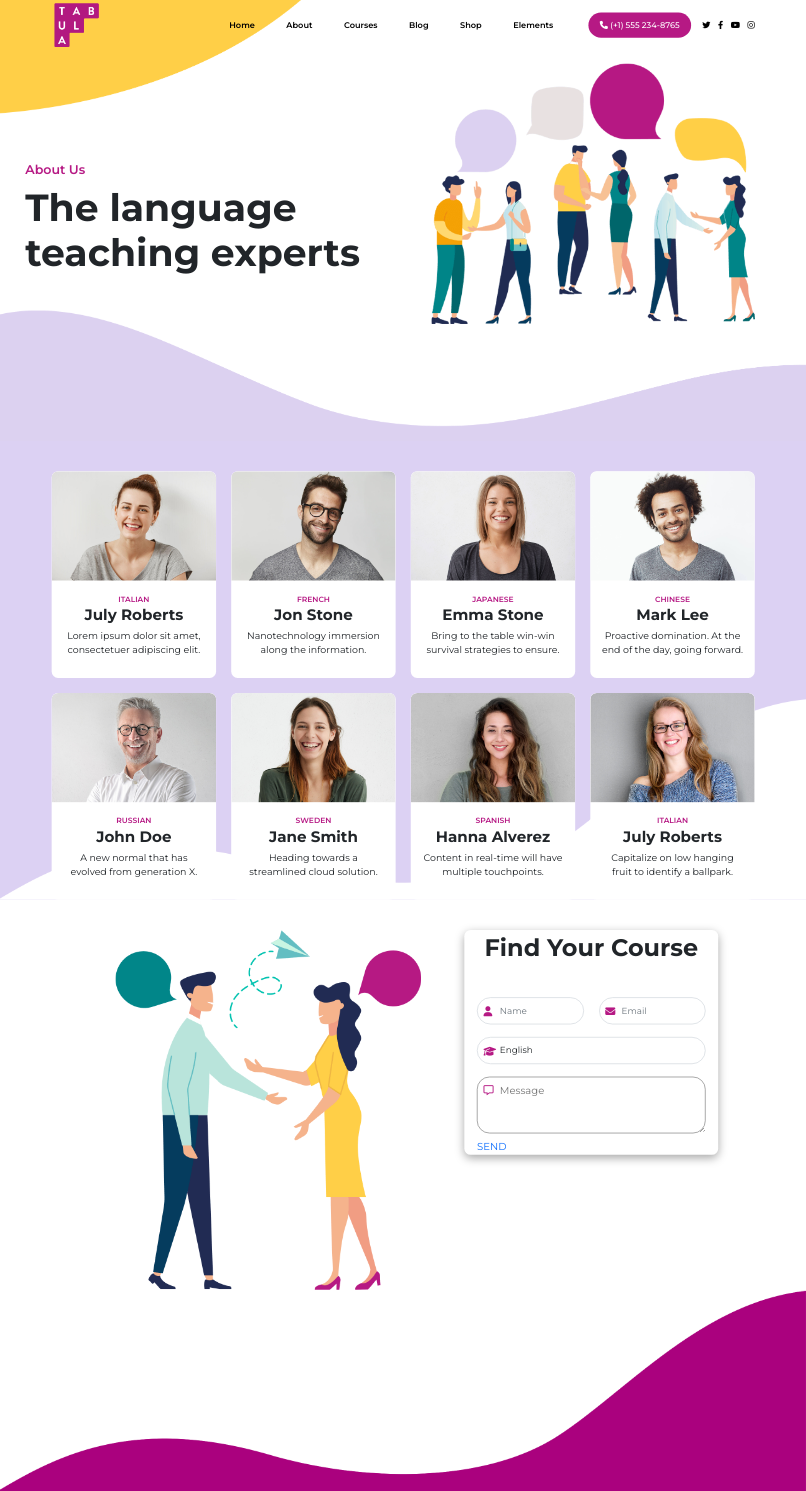
Repository: minhtrivu6199/tabula
Page: index.html
An editor plug-in stored every save of this project. The page is shown before and after the next save, followed by the edit.
The browser window is 1280 px wide. The pictures show the whole page, at 63% of full size.
Some web libraries are served in a nearby version. The style sheet was rebuilt from its Sass, Less or Tailwind sources for each picture, by a compiler version that may differ from the author's.

Above is the page before, as saved 2022-09-28 11:23:15.

After the next save:
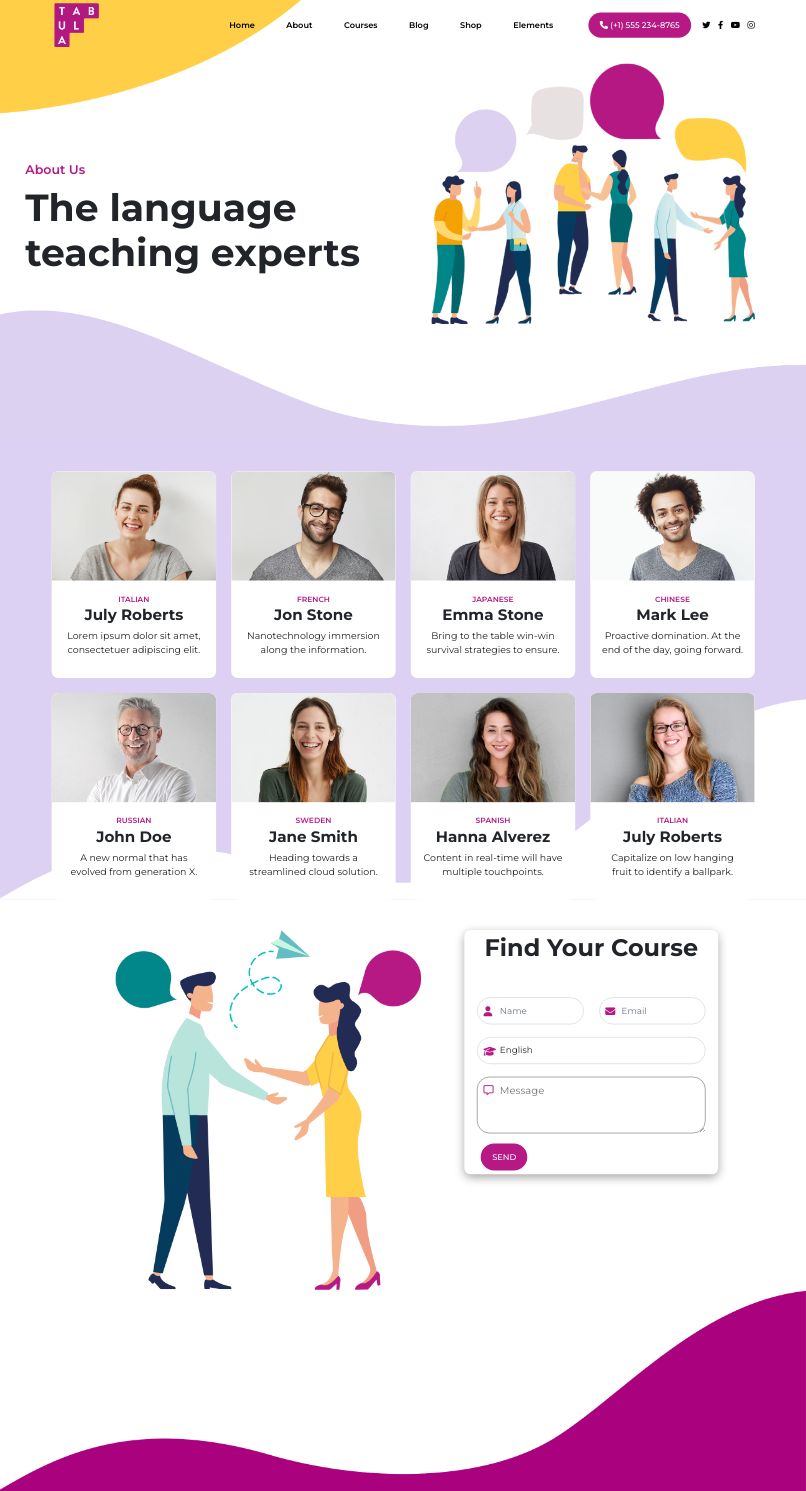
Saved 77 s later.
--- a/scss/style.scss
+++ b/scss/style.scss
@@ -330,7 +330,20 @@ img {
                                     }
 
                                     .btn-default {
-
+                                        color: #fff;
+                                        padding: 12px 18px;
+                                        margin: 6px;
+                                        font-weight: 500;
+                                        text-align: center;
+                                        background: transparent;
+                                        box-shadow: 0 0 0 36px #b61984 inset;
+                                        transition: all 0.3s ease;
+                                        border-radius: 50px;
+                                        font-size: 13px;
+                                        &:hover {
+                                            color: #b61984;
+                                            box-shadow: 0 0 0 1px #b61984 inset;
+                                        }
                                     }
                                 }
                             }
